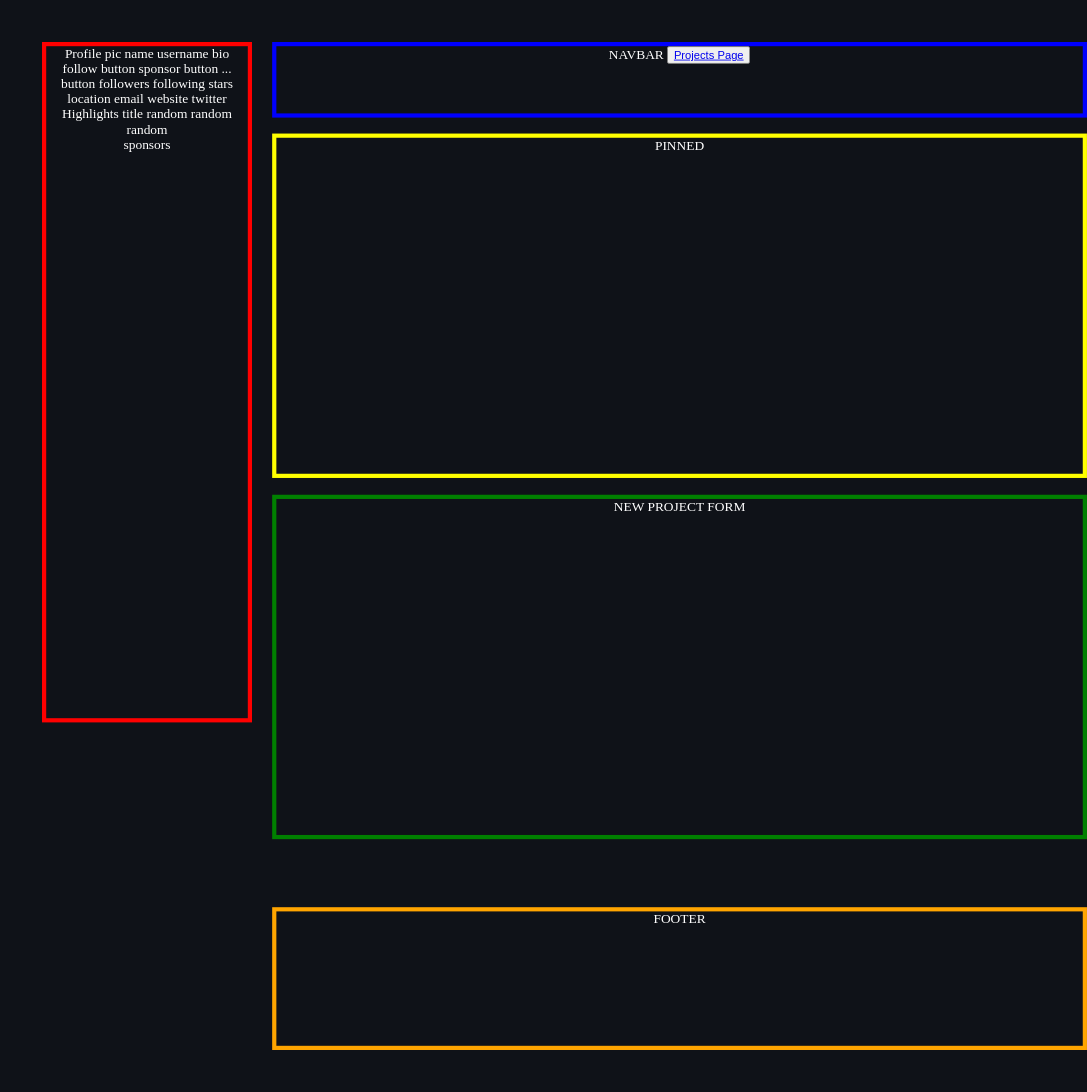
Repository: nss-evening-cohort-28/nss-evening-cohort-28-classroom-gitsub-Q1-project-gitsub
Page: index.html
An editor plug-in stored every save of this project. The page is shown before and after the next save, followed by the edit.
The browser window is 1280 px wide. The page is 1294 px wide, so the pictures cover 1294 px, including what lies to the right of the window. The pictures show the whole page, at 84% of full size.
Pictures or frames that could not be fetched are drawn as grey boxes.

Above is the page before, as saved 2024-08-07 19:18:59.

After the next save:
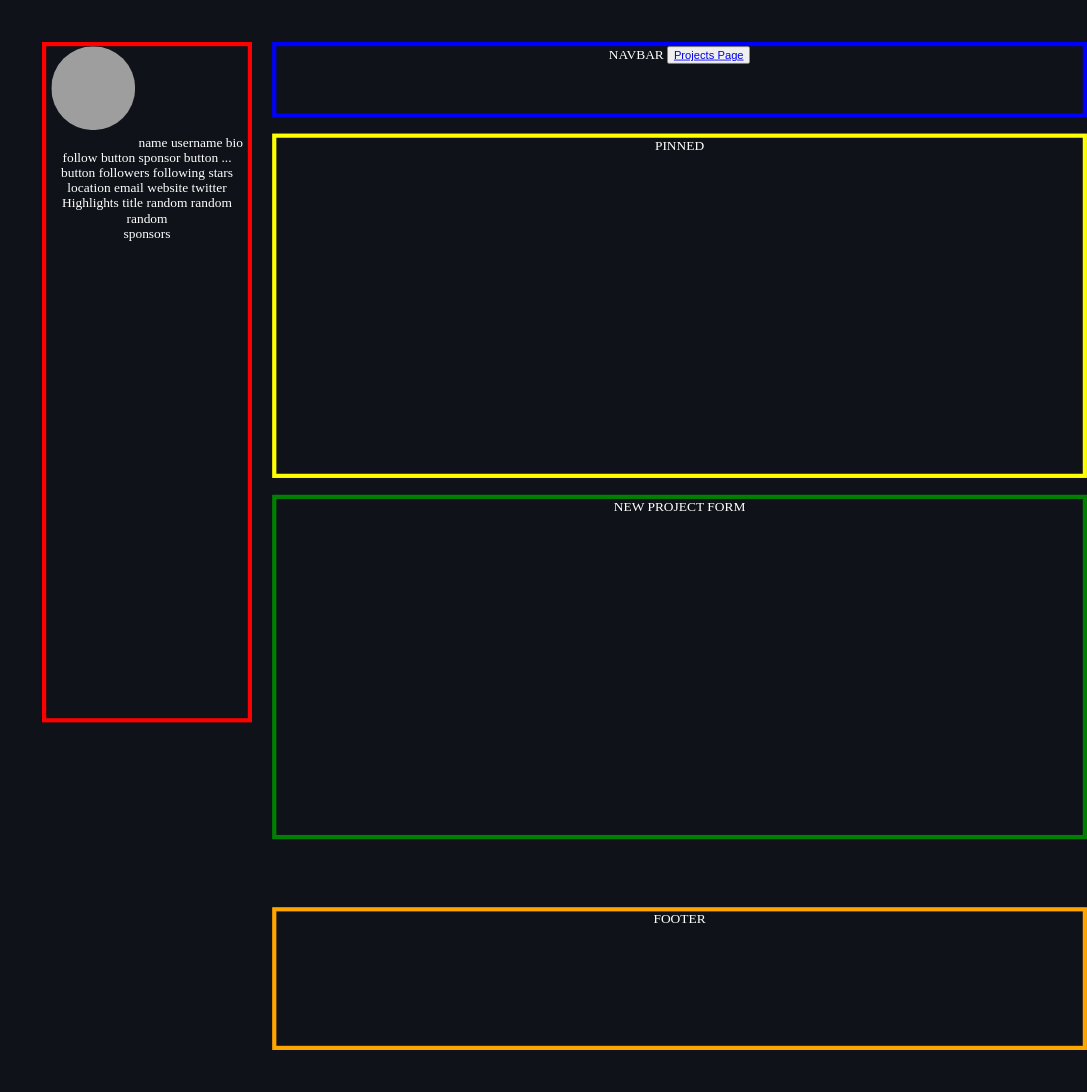
Saved 9 s later.
--- a/index.html
+++ b/index.html
@@ -10,7 +10,7 @@
     <div class="flexContainer">
         <div class="profile">
           <div class="top-section">
-            Profile pic
+            <img src="https://media.tenor.com/GliBTZeL1kQAAAAM/%D0%BC%D0%BE%D0%B9-%D0%B4%D0%B5%D0%B4.gif" class="card-img-top" >
             name
             username
             bio
